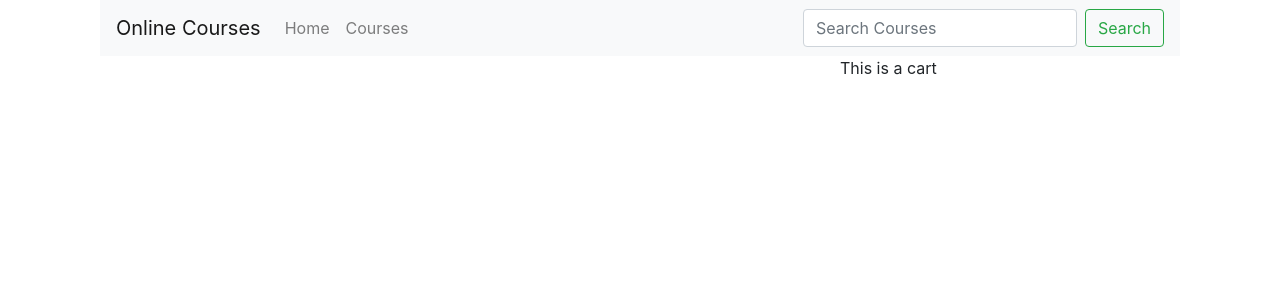
Repository: ranamahmud/online-class-react
Page: /
An editor plug-in stored every save of this project. The page is shown before and after the next save, followed by the edit.
The browser window is 1280 px wide. The pictures show the whole page.
The project was rebuilt for these pictures with package versions that can differ from the ones it lists, and the page was loaded fresh each time. Also part of the build but not shown: src/App.css, src/Component/Course/Course.js.

Above is the page before, as saved 2020-08-27 20:55:28.

### src/App.js
import React from 'react';
import './App.css';
import 'bootstrap/dist/css/bootstrap.min.css';
import { Navbar, Nav, Form, FormControl, Button, Container, Row, Col } from 'react-bootstrap';
import Header from '../src/Component/Header/Header'
import Class from '../src/Component/Class/Class'
function App() {
  return (
    <Container>
      <Header></Header>
      <Class></Class>
    </Container>
  );
}

export default App;

### src/Component/Header/Header.js
import React from 'react';
import { Navbar, Nav, Form, FormControl, Button, Container} from 'react-bootstrap';

const Header = () => {
    return (
        <Container>
        <Navbar bg="light" expand="lg">
          <Navbar.Brand href="#home">Online Courses</Navbar.Brand>
          <Navbar.Toggle aria-controls="basic-navbar-nav" />
          <Navbar.Collapse id="basic-navbar-nav">
            <Nav className="mr-auto">
              <Nav.Link href="#home">Home</Nav.Link>
              <Nav.Link href="#link">Courses</Nav.Link>
            </Nav>
            <Form inline>
              <FormControl type="text" placeholder="Search Courses" className="mr-sm-2" />
              <Button variant="outline-success">Search</Button>
            </Form>
          </Navbar.Collapse>
        </Navbar>
      </Container>
    );
};

export default Header;

### src/Component/Class/Class.js
import { React, useState } from 'react';
import { Container, Col, Row } from 'react-bootstrap'
import Cart from '../Cart/Cart'
import Course from '../Course/Course'
// import fakeData from '../../fakeData'
const Class = () => {
  // const [courses, setCourses] = useState(fakeData);
  // console.log(fakeData);
  // const [cart, setCart] = useState([])


  return (
    <div>
      <Container>
        <Row>
          <Col sm={8}>



          </Col>
          <Col sm={4}>
            <Cart></Cart>
          </Col>
        </Row>
      </Container>
    </div>
  );
};

export default Class;

### src/Component/Cart/Cart.js
import React from 'react';

const Cart = () => {
    return (
        <div>
            This is a cart
        </div>
    );
};

export default Cart;

Loaded but not shown: public/index.html (common file); src/index.js (common file); src/index.css (common file); src/serviceWorker.js (common file)

After the next save:
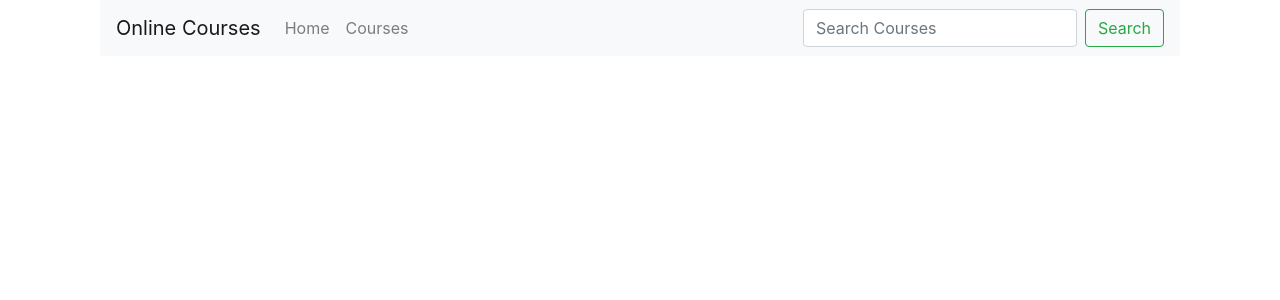
Saved 28 s later.
--- a/src/App.js
+++ b/src/App.js
@@ -8,7 +8,7 @@
   return (
     <Container>
       <Header></Header>
-      <Class></Class>
+      {/* <Class></Class> */}
     </Container>
   );
 }

After the save that followed:
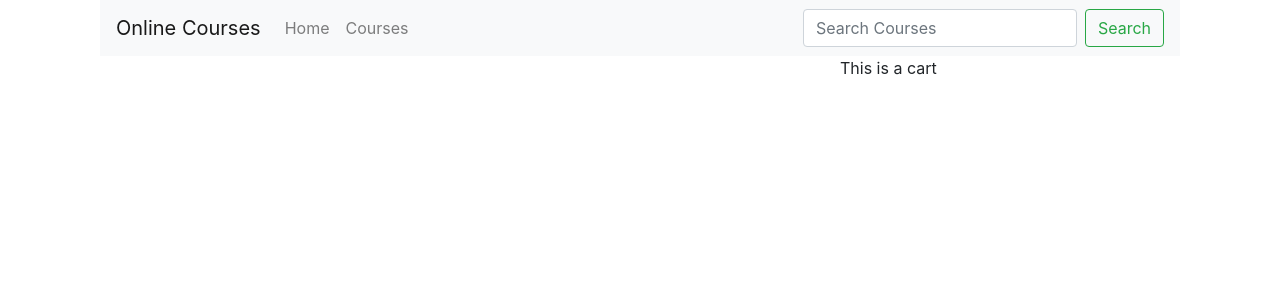
Saved 4 s later.
--- a/src/App.js
+++ b/src/App.js
@@ -8,7 +8,7 @@
   return (
     <Container>
       <Header></Header>
-      {/* <Class></Class> */}
+      <Class></Class>
     </Container>
   );
 }
